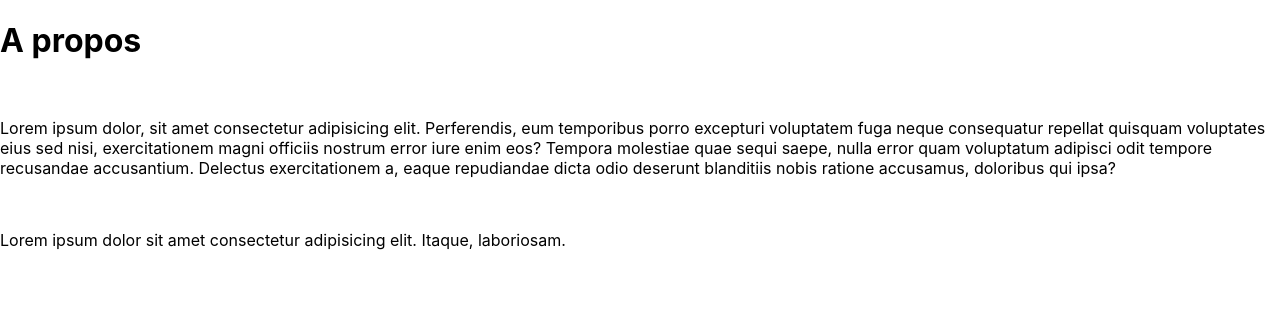
Repository: ahthionkevin/pays
Page: /about
An editor plug-in stored every save of this project. The page is shown before and after the next save, followed by the edit.
The browser window is 1280 px wide. The pictures show the whole page.
The project was rebuilt for these pictures with package versions that can differ from the ones it lists, and the page was loaded fresh each time. A package was used in the major version that the imports need, not the one package.json lists. Also part of the build but not shown: src/page/Home.jsx, src/page/NotFound.jsx.

Above is the page before, as saved 2021-06-16 17:19:49.

After the next save:
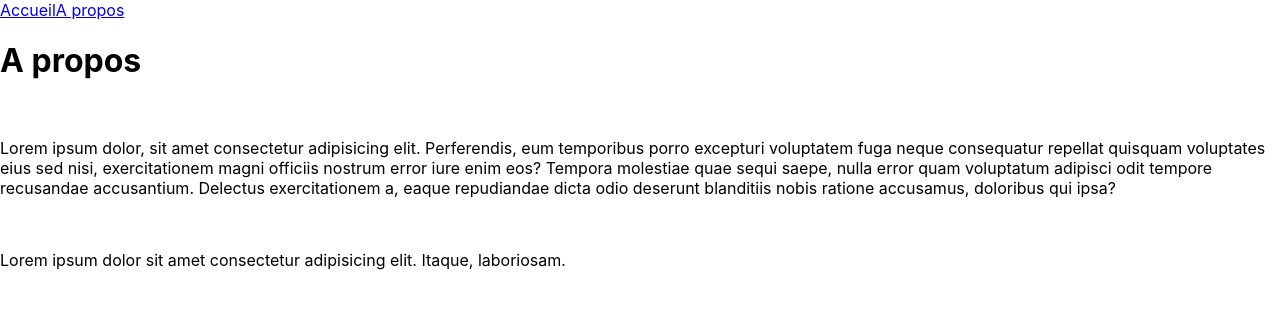
Saved 46 s later.
--- a/src/page/About.jsx
+++ b/src/page/About.jsx
@@ -1,8 +1,10 @@
 import React from 'react';
+import Navigation from '../components/Navigation';
 
 const About = () => {
     return (
         <div>
+            <Navigation/>
             <h1>A propos</h1>
             <br />
             <p>Lorem ipsum dolor, sit amet consectetur adipisicing elit. Perferendis, eum temporibus porro excepturi voluptatem fuga neque consequatur repellat quisquam voluptates eius sed nisi, exercitationem magni officiis nostrum error iure enim eos? Tempora molestiae quae sequi saepe, nulla error quam voluptatum adipisci odit tempore recusandae accusantium. Delectus exercitationem a, eaque repudiandae dicta odio deserunt blanditiis nobis ratione accusamus, doloribus qui ipsa?</p>
